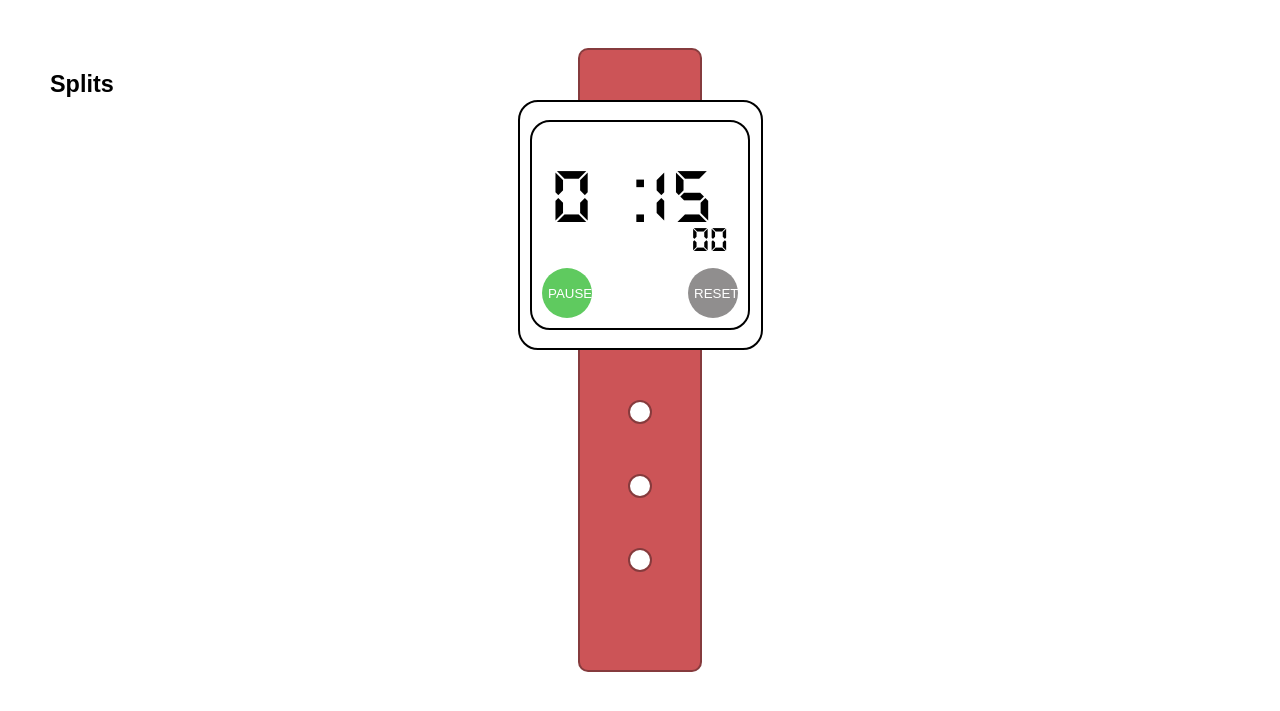
Repository: konstantin0s/lab-chronometer
Page: index.html
These files come from the project's save history. The page is drawn as it stood at one moment and after the next save; the edit follows.
The browser window is 1280 px wide. The pictures show the whole page.
After loading, the first visible `#btnLeft` was clicked once.

Above is the page before, as saved 2019-02-05 12:43:31.

### index.html
<!DOCTYPE html>
<html lang="en">
<head>
  <meta charset="UTF-8">
  <meta name="viewport" content="width=device-width, initial-scale=1.0">
  <meta http-equiv="X-UA-Compatible" content="ie=edge">
  <title>Chronometer</title>
  <link rel="stylesheet" href="stylesheets/styles.css">
</head>
<body>

  <section id="splits-container">
    <h3>Splits</h3>
    <ol id="splits">
    </ol>
  </section>

  <div class="leash leash-top"></div>

  <section id="clock">
    <div id="sphere">
      <span id="minDec" class="number">0</span><span id="minUni" class="number"></span><span>:</span><span id="secDec" class="number">0</span><span id="secUni" class="number"></span>

      <div id="milliseconds">
        <span id="milDec">0</span><span id="milUni">0</span>
      </div>

      <button id="btnLeft" class="btn start">START</button> <button id="btnRight" class="btn reset">RESET</button>
    </div>
  </section>

  <div class="leash leash-bottom">
    <div class="hole"></div>
    <div class="hole"></div>
    <div class="hole"></div>
  </div>


  <!-- <script src="javascripts/utils.js"></script>
  <script src="javascripts/chronometer.js"></script>
  <script src="javascripts/main.js"></script> -->
  <script src="javascript/chronometer.js"></script>
  <script src="javascript/main.js"></script>
</body>
</html>

### stylesheets/styles.css
@font-face {
  font-family: "Digi";
  src: url("fonts/ds-digib.ttf");
}

body {
  font-family: Arial;
  font-size: 80px;
  font-weight: bold;
  padding: 40px 0;
}

#clock {
  border: 2px solid #000;
  border-radius: 20px;
  box-sizing: border-box;
  height: 250px;
  margin: 0 auto;
  padding: 18px 0;
  width: 245px;
}

#sphere {
  border: 2px solid #000;
  border-radius: 20px;
  box-sizing: border-box;
  font-family: "Digi";
  font-size: 80px;
  height: 210px;
  margin: 0 auto;
  padding: 35px 0;
  position: relative;
  text-align: center;
  width: 220px;
}

#splits-container {
  font-size: 20px;
  font-weight: 100;
  position: absolute;
  left: 50px;
}

#splits-container li {
  padding-bottom: 5px;
  text-align: right;
}

#milliseconds {
  font-size: 36px;
  margin-top: -15px;
  position: absolute;
  right: 20px;
}

.leash {
  background: rgb(204, 84, 87);
  border: 2px solid rgb(134, 59, 61);
  height: 50px;
  margin: 0 auto;
  width: 120px;
}

.leash-top {
  border-bottom: 0;
  border-top-left-radius: 10px;
  border-top-right-radius: 10px;
}

.leash-bottom {
  border-bottom-left-radius: 10px;
  border-bottom-right-radius: 10px;
  border-top: 0;
  height: 270px;
  padding-top: 50px;
}

.hole {
  background: #fff;
  border: 2px solid rgb(134, 59, 61);
  border-radius: 100%;
  height: 20px;
  margin: 0 auto 50px;
  width: 20px;
}

.number {
  display: inline-block;
  width: 40px;
}

.btn {
  border: 0;
  border-radius: 100%;
  bottom: 10px;
  color: #fff;
  cursor: pointer;
  height: 50px;
  outline: 0;
  position: absolute;
  width: 50px;
}

.btn.start,
.btn.stop {
  left: 10px;
}

.btn.reset,
.btn.split {
  right: 10px;
}

.btn.start { background: #5fca5f; }
.btn.stop  { background: #f14949; }
.btn.reset { background: #908e8e; }
.btn.split { background: #0851ab; }

### javascript/chronometer.js

// var time = 0;
// var running = 0;

// function startPause() {
//   if (running == 0) {
//     running = 1;
//     increment();
//     document.getElementById("startPause").innerHTML = "Pause";
//   } else {
//     running = 0;
//     document.getElementById("startPause").innerHTML = "Resume";
//   }
// }

// function reset() {
//   running = 0;
//   time = 0;
//   document.getElementById("startPause").innerHTML = "Start";
// }

// function increment() {
//   if (running == 1) {
//    setTimeout(function() {
//     time++;
//     var seconds = Math.floor(time/10/60);
//     var minutes = Math.floor(time/10/60);
//      var tenth = time % 10;
//      if (minutes < 10); {
//        minutes = "0" + minutes;
//      }  if (seconds < 10);
//     seconds = "0" + seconds;
//     increment();
//   document.getElementById("output").innerHTML = minutes + ":" + seconds + ":" + "0" + tenth;

//    }, 100);
//   }
//   }

// function startPause() {
//   if (running == 0) {
//     running = 1;
//     increment();
//     document.getElementById("startPause").innerHTML = "Pause";
//   } else {
//     running = 0;
//     document.getElementById("startPause").innerHTML = "Resume";
//   }
// }


// function timer() {
//   currentTime = setTimeout(start, 1000);
// }
// timer();

// function start() {
//   seconds++;
//   if (seconds >= 60) {
//     seconds = 0;
//     minutes++;
//     if (minutes >= 20) {
//         minutes = 0;
//     }
//   }
// }


// // Constructor
// function Chronometer() {

// this.currentTime = 0;
// this.intervalId = 0;

// }

// // The setInterval will be assigned to our intervalId property,
// //  this way we will be able to clear it later on.

// Chronometer.prototype.startClick = function () {
//     this.startClick = function() {
//     // var seconds = 0;
//     intervalId = setInterval(function(){
//     currentTime++; }, 1000);

//      }

    //  var myChronometer = {
    //    seconds: 0,
    //    minuts: 0,
    //    intervalId: 0,
    //    startClick: function() {
    //          this.intervalId = setInterval(function() {
    //            this.seconds++;
    //          }.bind(this),1000);
    //    },
    //    setMinutes: function() {
    //      this.seconds++
    //    },

    //  }

    // console.log(seconds);
// };

// Chronometer.prototype.setMinutes = function () {

// };

// Chronometer.prototype.setSeconds = function () {

// };

// Chronometer.prototype.twoDigitsNumber = function () {

// };

// Chronometer.prototype.setTime = function () {

// };

// Chronometer.prototype.setMilliseconds = function () {

// };

// Chronometer.prototype.stopClick = function () {

// };

// Chronometer.prototype.resetClick = function () {

// };

// Chronometer.prototype.splitClick = function () {

// };

### javascript/main.js
// var chronometer = new Chronometer();
var btnLeft     = document.getElementById('btnLeft');
var btnRight    = document.getElementById('btnRight');
var minDec      = document.getElementById('minDec');
var minUni      = document.getElementById('minUni');
var secDec      = document.getElementById('secDec');
var secUni      = document.getElementById('secUni');
var milDec      = document.getElementById('milDec');
var milUni      = document.getElementById('milUni');

var secUnit     = document.getElementById('secUni').innerHTML;

console.log(secUnit);

// if (secUnit == 0) {
//   secUnit.innerHTML =
// }

var currentTime = 0;
var intervalId = 0;  //0stop; 1 running.
var seconds= 0;
var minutes = 0;
// var minutes = Math.floor((minutes % (1000 * 60 * 60)) / (1000 * 60));
// var seconds = Math.floor((seconds % (1000 * 60)) / 1000);

// function start() {
//   status = 1;
//   timer();
// }

// function stop() {
//   currentTime++

//   if (currentTime / 60 == 1) {
//     // setInterval(function() {

//     // })
//      currentTime = 0;
//      milUni.innerHTML = currentTime++;
//      if (milDec / 60 == 1) {
//       currentTime = 0;
//       milDec.innerHTML = currentTime++;
//      }
//      if (secUni / 60 == 1) {
//       currentTime = 0;
//       secUni.innerHTML = currentTime++;
//      } if (secDec / 60 == 1) {
//       currentTime = 0;
//       secDec.innerHTML = currentTime++;
//      } if (minUni / 60 == 1) {
//       currentTime = 0;
//       minUni.innerHTML = currentTime++;
//      } if (minDec / 60 == 1) {
//       currentTime = 0;
//       minDec.innerHTML = currentTime++;
//      }
//   }
//   //
// }

// window.setInterval(stop, 1000);

// function reset() {
// status = 0;
// intervalId = 0;
// }

// function timer() {
//   if (status == 1) {
//     var intervalId = setInterval(function() {
//       currentTime++;
//       minDec =  Math.floor(intervalId/100/60);
//       secDec =  Math.floor(intervalId/100);
//       milDec = intervalId % 100;

//        if (minDec < 10) {
//         minDec = "0" + minDec;
//        }
//        if (secDec >= 60) {
//         secDec = secDec % 60;
//        }
//        if(secDec < 10) {
//         secDec = "0" + secDec;
//        }

//        minDec.innerHTML = minDec;
//        secDec.innerHTML = secDec;
//        milDec.innerHTML = milDec;

//     }, 10)
//   }
// }

// function stopwatch() {

// }
// Add event listeners to both buttons
// start.addEventListener("click", function(command) {
//   if (command === "START") {
//     btnLeft.innerHTML = "PAUSE";
//   } else {
//     btnLeft.innerHTML = "START";
//   }
// }



// });

// stop.addEventListener("click", function() {

// });

// var start =  document.getElementById('btnLeft').value;
// console.log(start);

function twoDigits(number) {
  if (number < 10) {
    return "0" + number;
  }
  return number;
}

var intervalRef = null;

 btnLeft.addEventListener("click", function(event) {
   event.preventDefault();
      if (intervalId == 0) { //start if pause
         intervalRef = setInterval(function() {
         intervalId = 1;
         seconds++;
        //  if ()
         secDec.innerHTML = twoDigits(seconds);
         btnLeft.innerHTML = "PAUSE";
      if (seconds === 60) {
         seconds = 0;
         minutes++;
         minDec.innerText = twoDigits(minutes);
      console.log("This is: " + intervalRef);

        secDec.innerText = "0" + seconds;

     if (minDec === 60) {
         minutes = 0;
         }
      }

    }, 100);
  }  else { //pause if started
       clearInterval(intervalRef);  //pause chronometer
       btnLeft.innerHTML = "START";
       intervalId = 0; // continue chronometer from it's pause point.
  }
});

btnRight.addEventListener("click", function() {
  reset();
});

function reset() {
    clearInterval(intervalRef);
    intervalId = 0;
    seconds = 0;
    minutes = 0;
    console.log("This is from reset: " + intervalRef);
    btnLeft.innerHTML = "START";
    secDec.innerText = seconds;
    minDec.innerText = minutes;
}





// function printTime() {

// }

// function printMinutes() {

// }

// function printSeconds() {

// }

// function printMilliseconds() {

// }

// function printSplit() {

// }

// function clearSplits() {

// }

// function setStopBtn() {

// }

// function setSplitBtn() {

// }

// function setStartBtn() {

// }

// function setResetBtn() {

// }

// // Start/Stop Button
// btnLeft.addEventListener('click', function () {

// });

// // Reset/Split Button
// btnRight.addEventListener('click', function () {

// });

After the next save:
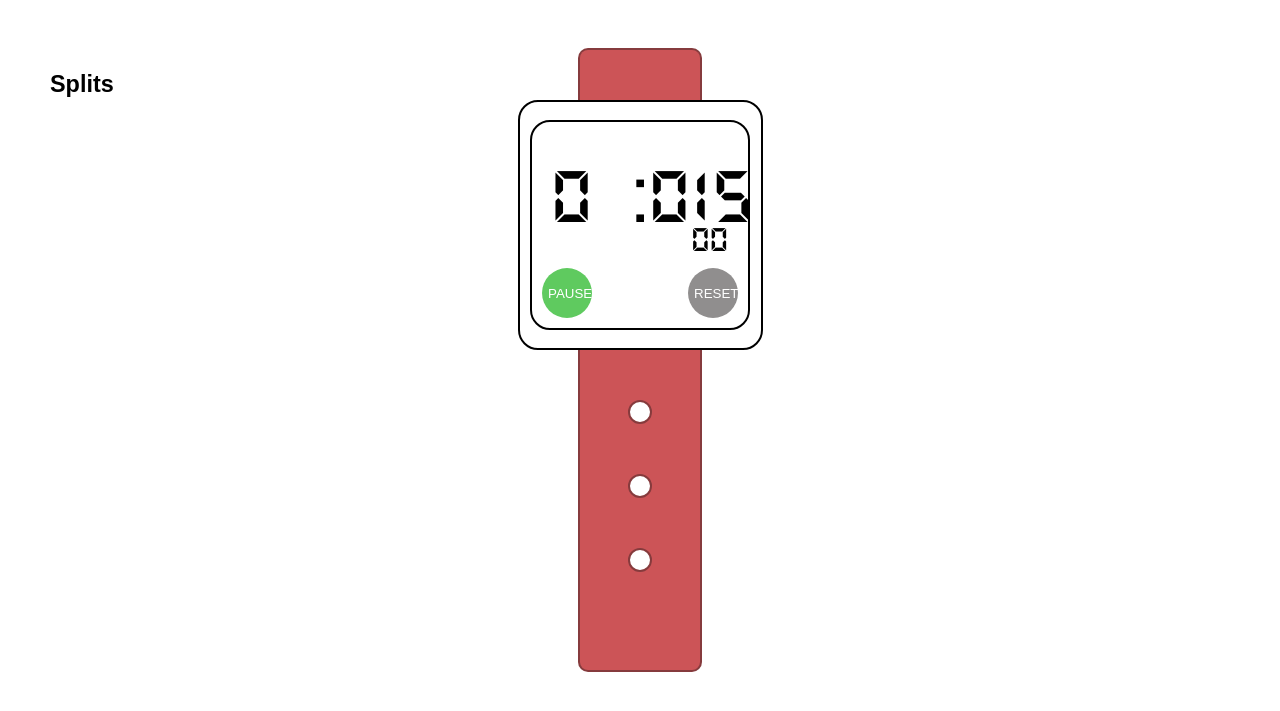
Saved 35 s later.
--- a/javascript/main.js
+++ b/javascript/main.js
@@ -130,7 +130,7 @@ var intervalRef = null;
          intervalId = 1;
          seconds++;
         //  if ()
-         secDec.innerHTML = twoDigits(seconds);
+         secDec.innerHTML = "0" + twoDigits(seconds);
          btnLeft.innerHTML = "PAUSE";
       if (seconds === 60) {
          seconds = 0;
